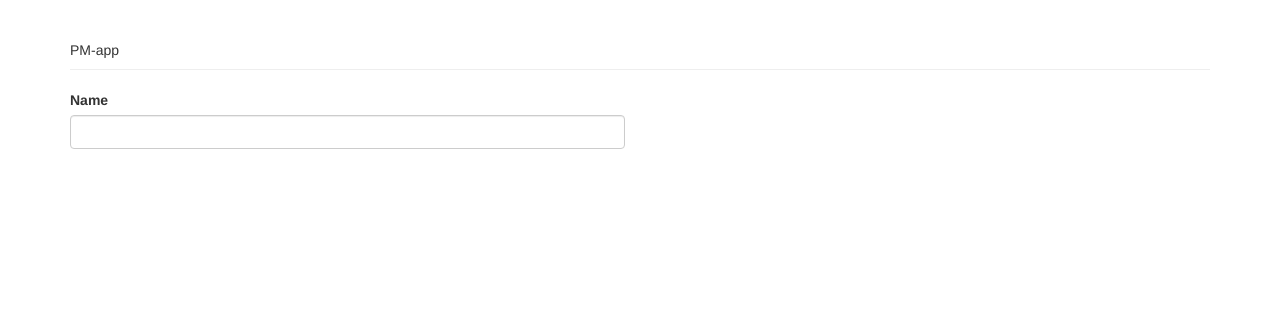
Repository: nagabhushanamn/itc-batch
Page: http://localhost/PM-v2/pm.jsp
These files come from the project's save history. The page is drawn as it stood at one moment and after the next save; the edit follows.
The browser window is 1280 px wide. The pictures show the whole page.
The page is served by Tomcat 9.

Above is the page before, as saved 2017-03-12 05:47:54.

After the next save:
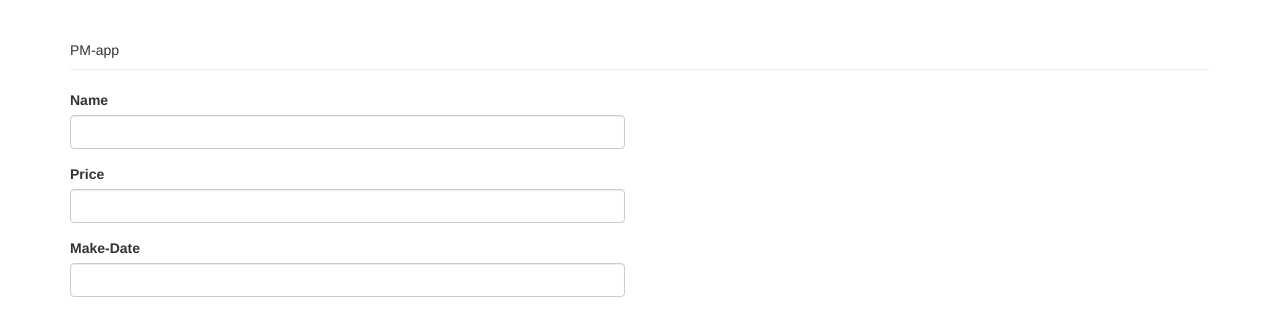
Saved 33 s later.
--- a/new/PM-v2/WebContent/pm.jsp
+++ b/new/PM-v2/WebContent/pm.jsp
@@ -18,6 +18,14 @@
 					<label>Name</label>
 					<input name="name" class="form-control">
 				</div>
+				<div class="form-group">
+					<label>Price</label>
+					<input name="price" class="form-control">
+				</div>
+				<div class="form-group">
+					<label>Make-Date</label>
+					<input name="name" class="form-control">
+				</div>
 			</form>
 
 		</div>
